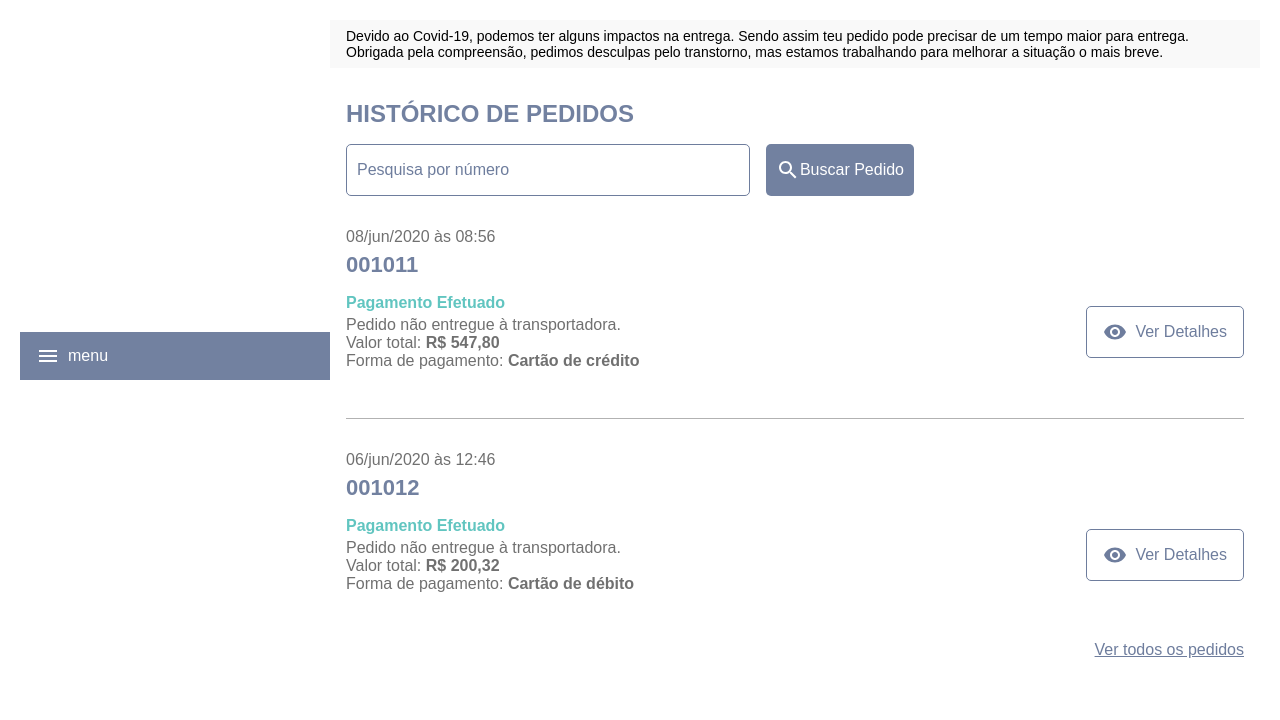
Repository: indiamarasiqueira/gestao-produto
Page: /
The author's editor kept a copy of each file at every save. The page is drawn from the files as they stood at one save, then again after the next save.
The browser window is 1280 px wide. The pictures show the whole page.
The project was rebuilt for these pictures with package versions that can differ from the ones it lists, and the page was loaded fresh each time. Also part of the build but not shown: src/pages/generic/style.js, src/pages/generic/index.js, src/components/ModalMenu/index.js.

Above is the page before, as saved 2020-07-07 11:56:08.

### src/global.js
import { createGlobalStyle } from "styled-components";

const GlobalStyle = createGlobalStyle`
    * {
        margin: 0;
        padding: 0;
        outline: 0;
        box-sizing: border-box;
    }
   html, body, #root {
    margin: 0;
    padding: 0;
    font-family: 'Montserrat', sans-serif;
    -webkit-font-smoothing: antialiased;
    -moz-osx-font-smoothing: grayscale;
    background-color: #ffffff;
    }
`;
export default GlobalStyle;

### src/routes.js
import React from "react";
import { BrowserRouter, Switch, Route } from "react-router-dom";

import GenericPage from "./pages/generic";
// import AppMenu from "./components/AppMenu";
import OrderHistory from "./pages/orderHistory";
import AlertCovid from "./components/AlertCovid";

export default function Routes() {
  return (
    <BrowserRouter>
      <Switch>
        <Route path="*">
          {/* <AppMenu />
          <AlertCovid /> */}
          <Route path="/perfil" exact component={() => <GenericPage title="Meu Perfil" />} />
          <Route path="/localizacao" exact component={() => <GenericPage title="Meus endereços" />} />
          <Route path="/favoritos" exact component={() => <GenericPage title="Lista de favoritos" />} />
          <Route path={["/", "/pedidos"]} exact component={OrderHistory} />
        </Route>
      </Switch>
    </BrowserRouter>
  );
}

### src/pages/orderHistory/index.js
import React, {  useState } from "react";

import { OrderMenu} from "./style";

import AppMenu from '../../components/AppMenu'
import AlertCovid from "../../components/AlertCovid";
import HeaderTitle from "../../components/HeaderTitle";
import BoxSearch from "../../components/BoxSearch/index";
import Order from "../../components/Order/index";


const OrderHistory = () => {
  const [value, setValue] = useState("");
  const [query, setQuery] = useState("");
  const handleChange = (e) => setValue(e.target.value);

  const handleSubmit = (e) => {
    e.preventDefault();
    setQuery(value);
  };

  return (
    <OrderMenu>
      <div>
        <AppMenu />
      </div>
      <div>
        <AlertCovid />
        <HeaderTitle>HISTÓRICO DE PEDIDOS</HeaderTitle>
        <BoxSearch value={value} handleChange={handleChange} handleSubmit={handleSubmit} />
        <Order query={query} />
      </div>
    </OrderMenu>
  );
};
export default OrderHistory;

### src/components/AlertCovid/index.js
import React from "react";

import { Alert } from './style';

const AlertCovid = () => {
  return (
    <Alert>
      Devido ao Covid-19, podemos ter alguns impactos na entrega. Sendo assim teu pedido pode precisar de um tempo maior
      para entrega. Obrigada pela compreensão, pedimos desculpas pelo transtorno, mas estamos trabalhando para melhorar
      a situação o mais breve.
    </Alert>
  );
};
export default AlertCovid;

### src/components/HeaderTitle/index.js
import React from "react";

import { Title } from "./style";

const HeaderTitle = (props) => {
  return <Title>{props.children}</Title>;
};
export default HeaderTitle;

### src/pages/orderHistory/style.js
import styled from "styled-components";

export const OrderMenu = styled.div`
  display: grid;
  grid-template-columns: 1fr 3fr ;
  padding: 20px;
  height: 100%;

   @media all and ( max-width: 600px) {
    display: flex;
    flex-direction: column;
    width: 100%;
  }
`;

### src/components/AppMenu/index.js
import React, { useState } from "react";
import { useHistory } from "react-router-dom";

import MenuIcon from "@material-ui/icons/Menu";
import LockOpenIcon from "@material-ui/icons/LockOpen";
import HistoryIcon from "@material-ui/icons/History";
import RoomOutlinedIcon from "@material-ui/icons/RoomOutlined";
import FavoriteBorderIcon from "@material-ui/icons/FavoriteBorder";
import CloseIcon from "@material-ui/icons/Close";

import ModalMenu from "../ModalMenu/index";

import {
  MenuMain,
  Button,
  BoxIcon,
  MainMenu,
  UserInfo,
  UserInfoName,
  UserInfoEmail,
  MenuList,
  MenuListItem,
  MenuIconImage,
} from "./style";

const AppMenu = () => {
  const history = useHistory();
  const [show, showModal] = useState(false);
  const navigate = (route) => {
    history.push(route);
    showModal(false);
  };

  return (
    <MenuMain>
      <Button onClick={() => showModal(!show)}>
        <BoxIcon>{show ? <CloseIcon /> : <MenuIcon />}</BoxIcon>
        menu
      </Button>
      <ModalMenu show={show}>
        <MainMenu>
          <UserInfo>
            <UserInfoName>Caroline Melinda W Effting</UserInfoName>
            <UserInfoEmail>effting.caroline@gmail.com</UserInfoEmail>
          </UserInfo>
          <MenuList>
            <MenuListItem onClick={() => navigate("/perfil")}>
              <MenuIconImage>
                <LockOpenIcon />
              </MenuIconImage>
              <span className="menu-label">meu perfil</span>
            </MenuListItem>
            <MenuListItem onClick={() => navigate("/pedidos")}>
              <MenuIconImage>
                <HistoryIcon />
              </MenuIconImage>
              <span className="menu-label">histórico de pedidos</span>
            </MenuListItem>
            <MenuListItem onClick={() => navigate("/localizacao")}>
              <MenuIconImage>
                <RoomOutlinedIcon />
              </MenuIconImage>
              <span className="menu-label">meus endereços</span>
            </MenuListItem>
            <MenuListItem onClick={() => navigate("/favoritos")}>
              <MenuIconImage>
                <FavoriteBorderIcon />
              </MenuIconImage>
              <span className="menu-label">lista de favoritos</span>
            </MenuListItem>
          </MenuList>
        </MainMenu>
      </ModalMenu>
    </MenuMain>
  );
};
export default AppMenu;

### src/components/BoxSearch/index.js
import React from "react";

import { Box, InputText, ButtonSearch } from "./style";
import SearchIcon from "@material-ui/icons/Search";

const BoxSearch = (props) => {
  return (
    <Box onSubmit={props.handleSubmit}>
      <InputText
        type="number"
        placeholder="Pesquisa por número"
        value={props.value}
        onChange={props.handleChange}
      />
      <ButtonSearch type="submit">
        <SearchIcon />
        <span className="search-text">Buscar Pedido</span>
      </ButtonSearch>
    </Box>
  );
};
export default BoxSearch;

### src/components/Order/index.js
import React, { useState } from "react";

import VisibilityIcon from "@material-ui/icons/Visibility";
import orderData from '../../db.json'

import {
  Empty,
  OrderList,
  OrderListItem,
  OrderDate,
  OrderId,
  OrderBox,
  OrderInfo,
  OrderStatus,
  ButtonOutline,
  OrderAll,
} from "./style";

const findOrder = (detail, query) => {
  const list = orderData.data;

  if (query){
    const regex = new RegExp(query);

    return list.filter(item => regex.test(item.id))
  }

  return detail ? orderData.data : orderData.data.slice(0, 2);
}


const Order = ({query}) => {
  const [detail, setDetail] = useState(false);
  const list = findOrder(detail, query)

  if (!list.length) {
    return <Empty>nenhum pedido encontrado :(</Empty>
  }

  return (
    <OrderList>
      {list.map((item, key) => (
        <OrderListItem key={key}>
          <OrderDate>{item.date}</OrderDate>
          <OrderId>{item.id}</OrderId>
          <OrderBox>
            <OrderInfo>
              <OrderStatus>{item.title}</OrderStatus>
              <p>
                {item.description}
                <br />
                Valor total: <b>R$ {item.price} </b>
                <br />
                Forma de pagamento: <b>{item.payment}</b>
              </p>
            </OrderInfo>
            <ButtonOutline>
              <VisibilityIcon />
              Ver Detalhes
            </ButtonOutline>
          </OrderBox>
        </OrderListItem>
      ))}
      {!detail && <OrderAll onClick={setDetail}>Ver todos os pedidos</OrderAll>}
    </OrderList>
  );
};
export default Order;

### src/components/AlertCovid/style.js
import styled from "styled-components";


// Main Page
export const Alert = styled.div`
  background: #f9f9f9;
  padding: 8px 16px;
  font-size: 14px;
`;

### src/components/HeaderTitle/style.js
import styled from "styled-components";

export const Title = styled.h1`
  color: #7281a0;
  padding: 16px;
  margin-top: 16px;
  font-weight: bold;
  font-size: 24px;
`;

### src/components/AppMenu/style.js
import styled from "styled-components";

export const MenuMain = styled.button`
  @media all and (min-width: 600px) {
    flex-direction: column;
    width: 100%;
    height: 100%;
    background: none;
    border: none;
  }
`;
export const Button = styled.button`
  display: flex;
  align-items: center;
  justify-content: start;
  padding: 12px 16px;
  border: none;
  background: #7281A0;
  width: 100%;
  color: #ffffff;
  font-size: 16px;
  transition: all 0.2s ease-out;
  height: 48px;

  :hover{
    color: #7281A0;
    background: #F4F4F4;
  }

`;
export const BoxIcon = styled.div`
  display: inline-block;
  margin-right: 8px;
  height: 24px;
`;
export const MainMenu = styled.div`
  color: #717171;
  padding: 0 16px;
  border-bottom: 1px solid rgba(0, 0, 0, 0.3);
  position: fixed;
  top: 48px;
  left: 0;
  right: 0;
  bottom: 0;
  background: #fff;

   @media all and (min-width: 600px) {
    border-right: 1px solid rgba(0, 0, 0, 0.3);
    display: flex;
    width: 418px;
    flex-direction: column;
    height: 100%;
    position: fixed;
    font-size: 16px;
    margin-top: 30px;
  }
`;

// User
export const UserInfo = styled.div`
  padding: 16px 0;
`;
export const UserInfoName = styled.p`
  margin-bottom: 8px;
`;
export const UserInfoEmail = styled.p``;
// Menu
export const MenuList = styled.nav`
    @media all and (min-width: 600px) {

    width: 400px;
    height: 100%;

  }
`;

export const MenuListItem = styled.a`
  display: flex;
  align-items: center;
  padding: 16px 0;
  border-top: 1px solid rgba(0, 0, 0, 0.3);

  :hover{
    color: #707070;
    background: #F4F4F4;
  }
`;
export const MenuIconImage = styled.i`
  padding-left: 4px;
  padding-right: 16px;
`;

### src/components/BoxSearch/style.js
import styled from "styled-components";

export const Box = styled.form`
  padding: 0 16px;
  display: flex;
  align-items: center;
  justify-content: space-between;
  max-width: 600px;

`;
export const InputText = styled.input`
  flex: 1;
  color: #7281a0;
  height: 52px;
  border-radius: 5px;
  border: 1px solid #6e7d9d;
  font-size: 16px;
  padding-left: 10px;

  ::placeholder {
    color: #6e7d9d;
  }
`;
export const ButtonSearch = styled.button`
  background: #7281a0;
  border-radius: 5px;
  height: 52px;
  border: none;
  margin-left: 16px;
  padding: 10px;
  color: #ffffff;
  font-size: 16px;
  display: flex;
  align-items: center;
  justify-content: center;

  @media all and (max-width: 600px){
    .search-text{
      display: none;
    }
  }
`;

### src/db.json
{
  "data": [
    {
      "id": "001011",
      "date": "08/jun/2020 às 08:56",
      "title": "Pagamento Efetuado",
      "description": "Pedido não entregue à transportadora.",
      "price": "547,80",
      "payment": "Cartão de crédito"

    },
    {
      "id": "001012",
      "date": "06/jun/2020 às 12:46",
      "title": "Pagamento Efetuado",
      "description": "Pedido não entregue à transportadora.",
      "price": "200,32",
      "payment": "Cartão de débito"
    },
    {
      "id": "001013",
      "date": "04/jun/2020 às 09:30",
      "title": "Pagamento Efetuado",
      "description": "Pedido não entregue à transportadora.",
      "price": "150,60",
      "payment": "Cartão de crédito"
    },
    {
      "id": "001014",
      "date": "29/mai/2020 às 17:30",
      "title": "Pagamento Efetuado",
      "description": "Pedido não entregue à transportadora.",
      "price": "83,58",
      "payment": "Cartão de débito"
    }
  ]

}

### src/components/Order/style.js
import styled from "styled-components";

export const Empty = styled.div`
  padding: 16px;
  color: #ccc;
  text-align: center;
`;
export const OrderList = styled.div`
  padding: 0 16px;
`;
export const OrderListItem = styled.div`
  padding: 32px 0;
  border-top: 1px solid rgba(0, 0, 0, 0.3);

  &:first-of-type {
    border-top-width: 0;
  }

`;
export const OrderDate = styled.p`
  color: #707070;
  font-size: 16px;
`;
export const OrderId = styled.p`
  padding-top: 6px;
  color: #7281a0;
  font-size: 22px;
  font-weight: bold;
`;
export const OrderBox = styled.div`

  @media all and (min-width: 600px){
    display: flex;
    align-items: center;
  }
`;
export const OrderInfo = styled.div`
  flex: 1;
  margin: 16px 0;
  color: #707070;

`;
export const OrderStatus = styled.p`
  color: #61c5c0;
  margin-bottom: 4px;
  font-weight: bold;
`;
export const ButtonOutline = styled.div`
  border-radius: 5px;
  border: 1px solid #6e7d9d;
  height: 52px;
  display: flex;
  align-items: center;
  justify-content: center;
  color: #6e7d9d;
  padding: 8px 16px;

  svg {
    margin-right: 8px;
  }

`;
export const OrderAll = styled.button`
  color: #6E7D9D;
  margin-bottom: 32px;
  background: none;
  border: none;
  text-decoration: underline;
  width: 100%;
  display: flex;
  align-items: center;
  justify-content: flex-end;
  font-size: 16px;
`;

Loaded but not shown: public/index.html (common file); src/index.js (common file)

After the next save:
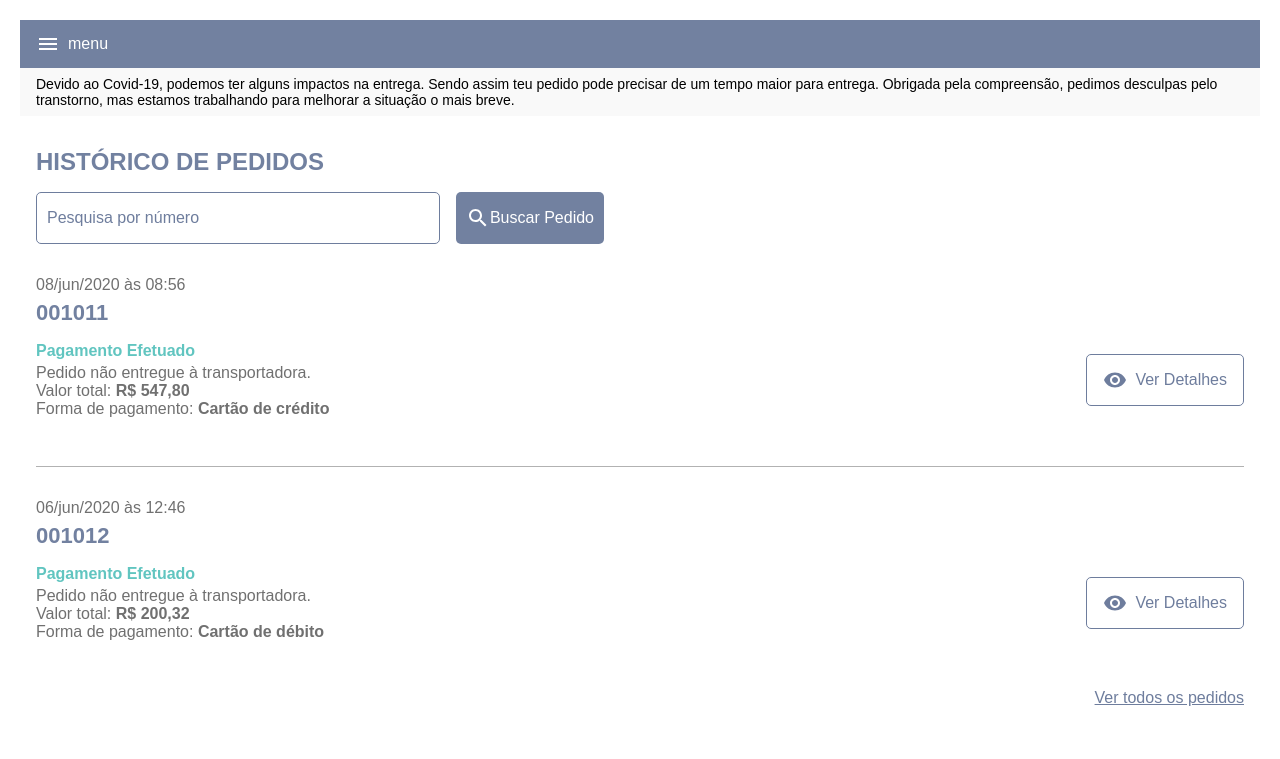
Saved 11 s later.
--- a/src/pages/orderHistory/style.js
+++ b/src/pages/orderHistory/style.js
@@ -6,7 +6,7 @@
   padding: 20px;
   height: 100%;
 
-   @media all and ( max-width: 600px) {
+   @media all and ( min-width: 600px) {
     display: flex;
     flex-direction: column;
     width: 100%;

After the save that followed:
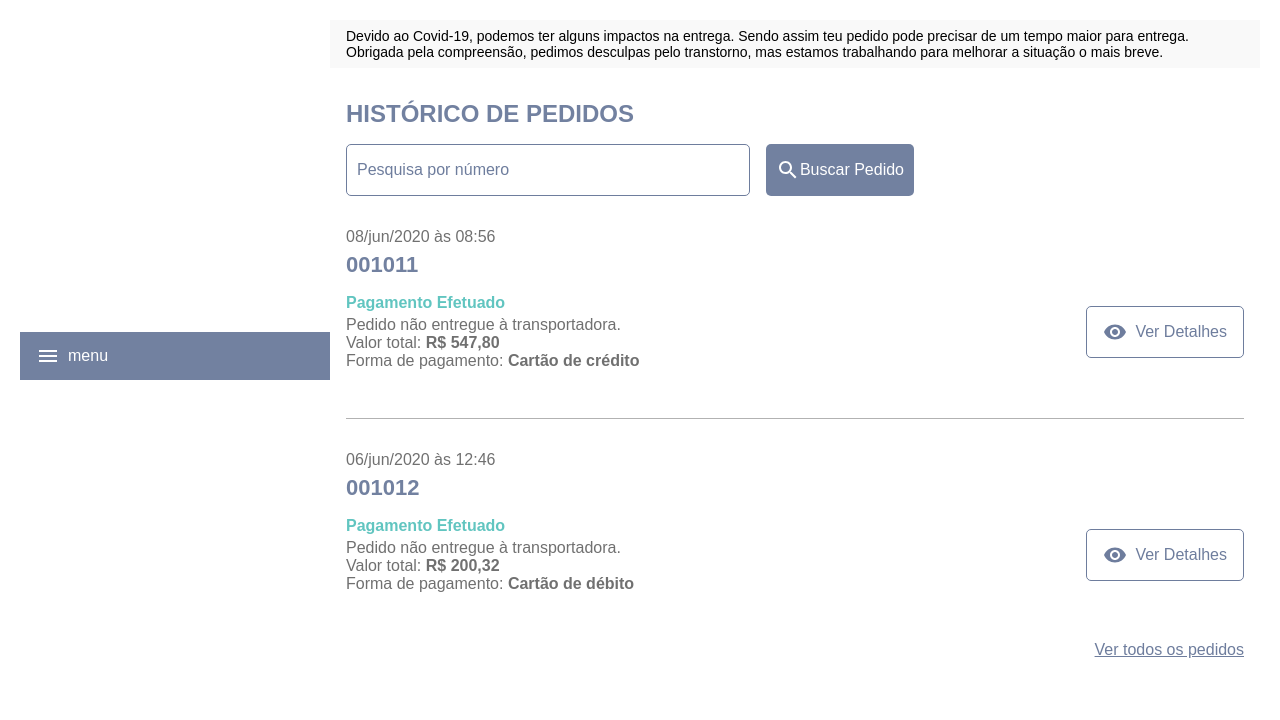
Saved 13 s later.
--- a/src/pages/orderHistory/style.js
+++ b/src/pages/orderHistory/style.js
@@ -6,7 +6,7 @@
   padding: 20px;
   height: 100%;
 
-   @media all and ( min-width: 600px) {
+   @media all and ( max-width: 600px) {
     display: flex;
     flex-direction: column;
     width: 100%;
